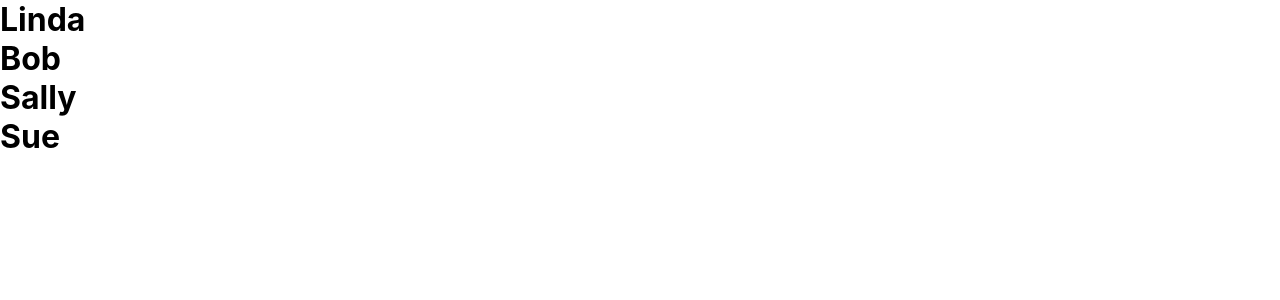
Repository: JavaidAhmadKhan/robo-friends-2.0
Page: /
These files come from the project's save history. The page is drawn as it stood at one moment and after the next save; the edit follows.
The browser window is 1280 px wide. The pictures show the whole page.
The project was rebuilt for these pictures with package versions that can differ from the ones it lists, and the page was loaded fresh each time.

Above is the page before, as saved 2022-04-20 13:11:34.

### public/index.html
<!DOCTYPE html>
<html lang="en">
  <head>
    <meta charset="utf-8" />
    <link rel="icon" href="%PUBLIC_URL%/favicon.ico" />
    <meta name="viewport" content="width=device-width, initial-scale=1" />
    <meta name="theme-color" content="#000000" />
    <meta
      name="description"
      content="Web site created using create-react-app"
    />
    <link rel="apple-touch-icon" href="%PUBLIC_URL%/logo192.png" />
    <!--
      manifest.json provides metadata used when your web app is installed on a
      user's mobile device or desktop. See https://developers.google.com/web/fundamentals/web-app-manifest/
    -->
    <link rel="manifest" href="%PUBLIC_URL%/manifest.json" />
    <!--
      Notice the use of %PUBLIC_URL% in the tags above.
      It will be replaced with the URL of the `public` folder during the build.
      Only files inside the `public` folder can be referenced from the HTML.

      Unlike "/favicon.ico" or "favicon.ico", "%PUBLIC_URL%/favicon.ico" will
      work correctly both with client-side routing and a non-root public URL.
      Learn how to configure a non-root public URL by running `npm run build`.
    -->
    <title>Robo Friends 2.0</title>
  </head>
  <body>
    <noscript>You need to enable JavaScript to run this app.</noscript>
    <div id="root"></div>
    <!--
      This HTML file is a template.
      If you open it directly in the browser, you will see an empty page.

      You can add webfonts, meta tags, or analytics to this file.
      The build step will place the bundled scripts into the <body> tag.

      To begin the development, run `npm start` or `yarn start`.
      To create a production bundle, use `npm run build` or `yarn build`.
    -->
  </body>
</html>

### src/App.js
import { Component } from "react";
import "./App.css";

class App extends Component {
  constructor() {
    super();

    this.state = {
      monsters: [
        {
          name: "Linda",
          id: "1",
        },
        {
          name: "Bob",
          id: "2",
        },
        {
          name: "Sally",
          id: "3",
        },
        {
          name: "Sue",
          id: "4",
        },
      ],
    };
  }

  render() {
    return (
      <div className="App">
        {this.state.monsters.map((monster) => {
          return (
            <div key={monster.id}>
              <h1>{monster.name}</h1>
            </div>
          );
        })}
      </div>
    );
  }
}

export default App;

Loaded but not shown: src/index.js (common file); src/index.css (common file); src/reportWebVitals.js (common file); src/App.css (common file)

After the next save:
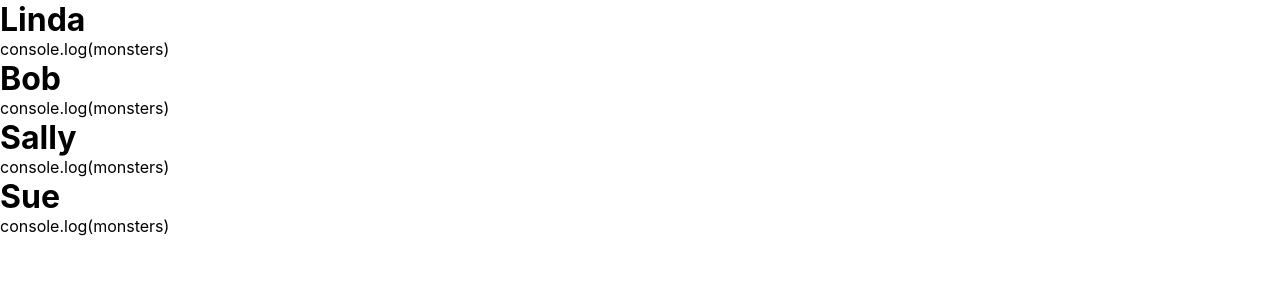
Saved 18 s later.
--- a/src/App.js
+++ b/src/App.js
@@ -34,6 +34,7 @@
           return (
             <div key={monster.id}>
               <h1>{monster.name}</h1>
+              console.log(monsters)
             </div>
           );
         })}

After the 4 saves that followed:
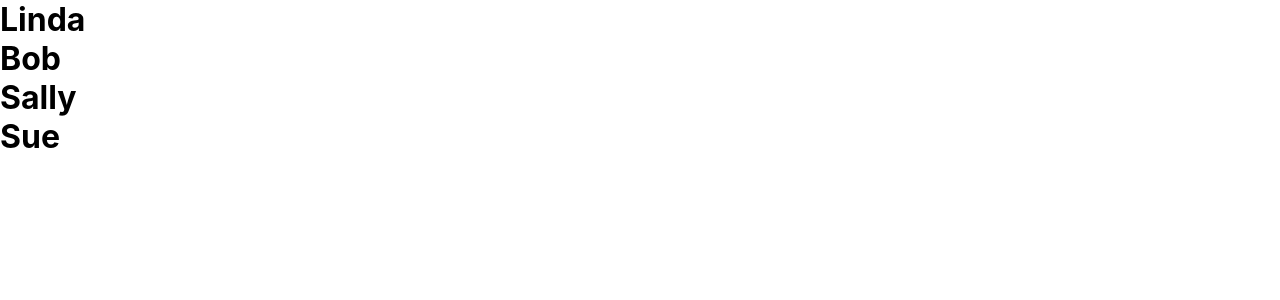
The 4 saves are shown as one change because 2 did not build or start and some came seconds apart.
The last was saved 27 s later.
--- a/src/App.js
+++ b/src/App.js
@@ -31,10 +31,10 @@
     return (
       <div className="App">
         {this.state.monsters.map((monster) => {
+          console.log(monster);
           return (
             <div key={monster.id}>
               <h1>{monster.name}</h1>
-              console.log(monsters)
             </div>
           );
         })}
